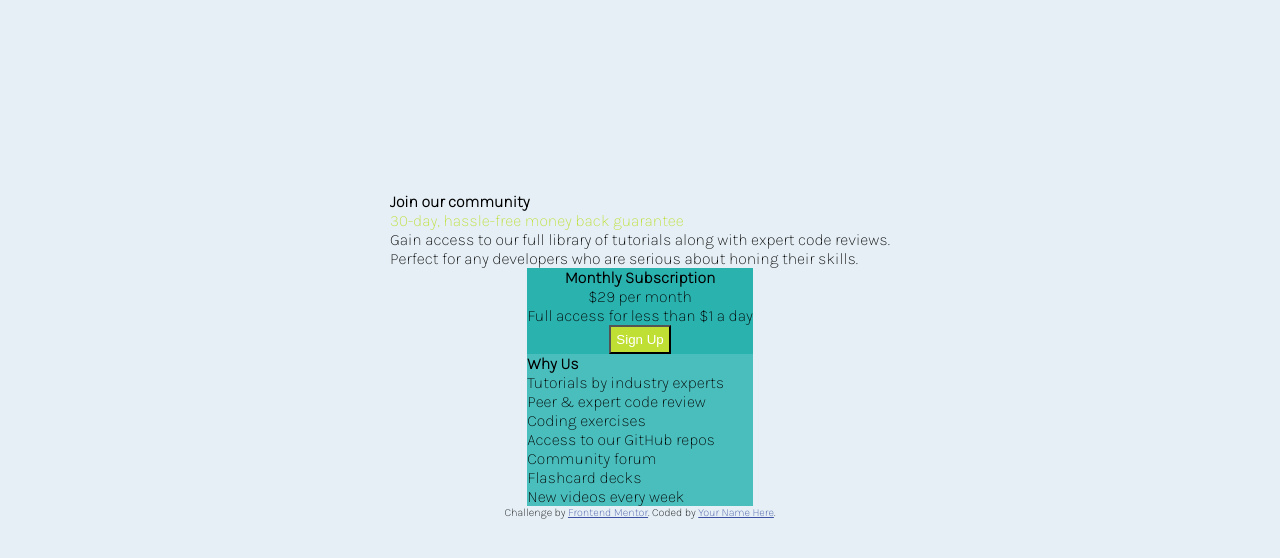
Repository: jminervino/PriceGridComponent
Page: index.html
The author's editor kept a copy of each file at every save. The page is drawn from the files as they stood at one save, then again after the next save.
The browser window is 1280 px wide. The pictures show the whole page.

Above is the page before, as saved 2022-02-05 23:28:46.

After the next save:
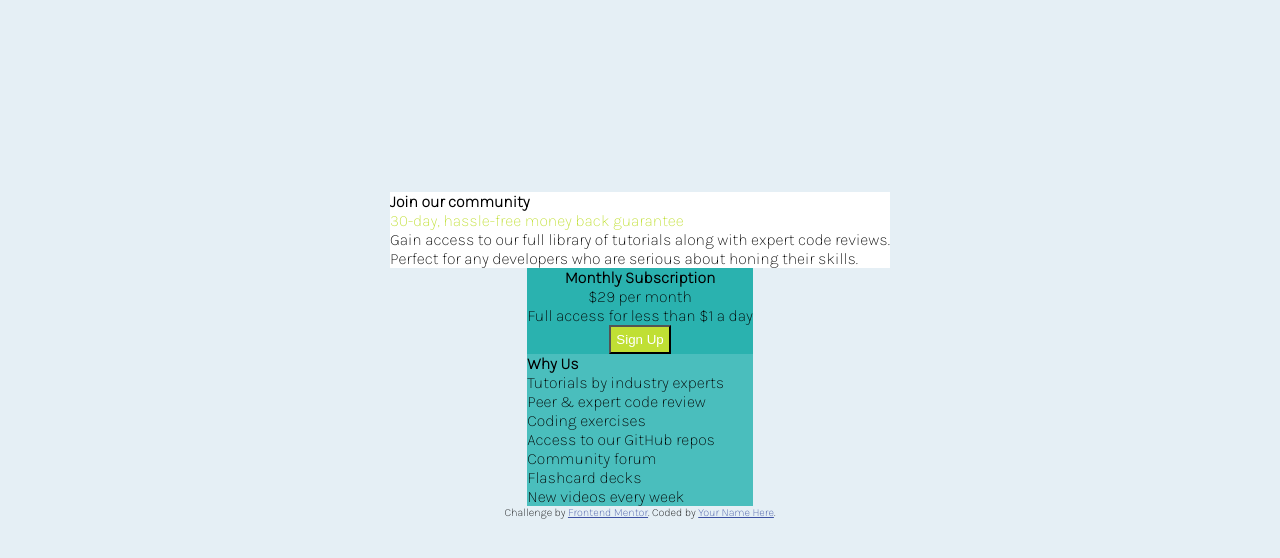
Saved 12 s later.
--- a/style.css
+++ b/style.css
@@ -41,7 +41,7 @@ button {
     color: white;
 }
 
-.box-one {
+.sub-container-one {
     background-color: white;
 }
 
